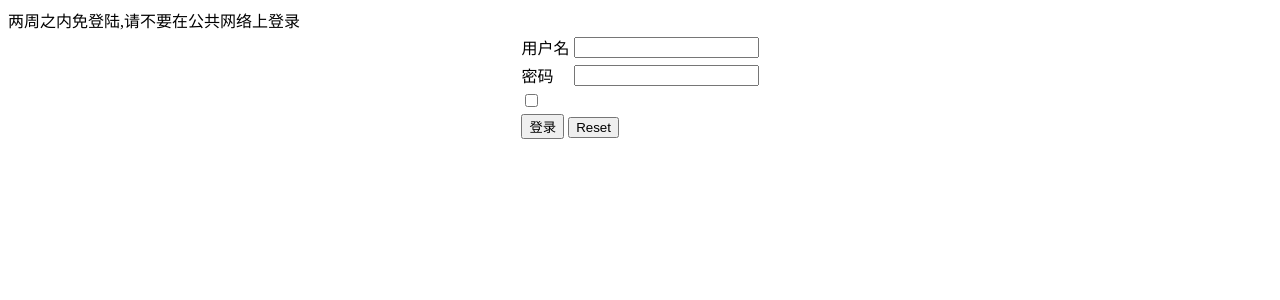
Repository: liujianbo2017/zuoye
Page: http://localhost/day40demo/demo02/login.jsp
These files come from the project's save history. The page is drawn as it stood at one moment and after the next save; the edit follows.
The browser window is 1280 px wide. The pictures show the whole page.
The page is served by Tomcat 9. Other server files are loaded and not shown.

Above is the page before, as saved 2017-10-10 11:06:30.

### day40demo/WebContent/demo02/login.jsp
<%@ page language="java" contentType="text/html; charset=UTF-8"
    pageEncoding="UTF-8"%>
<!DOCTYPE html PUBLIC "-//W3C//DTD HTML 4.01 Transitional//EN" "http://www.w3.org/TR/html4/loose.dtd">
<html>
<head>
<meta http-equiv="Content-Type" content="text/html; charset=UTF-8">
<title>Insert title here</title>
</head>
<body>
	<form action="${pageContext.request.contextPath }/login.servlet" method="post">
		<table align="center">
			<tr>
				<td>用户名</td>
				<td><input type="text" name="username"/></td>
			</tr>
			<tr>
				<td>密码</td>
				<td><input type="password" name="password"/></td>
			</tr>
			<tr>
				<td><input type="checkbox" value="t" id="al"/></td>
				<label for="al">两周之内免登陆,请不要在公共网络上登录</label>
			</tr>
			<tr>
				<td colspan="2">
					<input type="submit" value="登录"/>
					<input type="reset"/>
				</td>
			</tr>
		</table>
	</form>
</body>
</html>

After the next save:
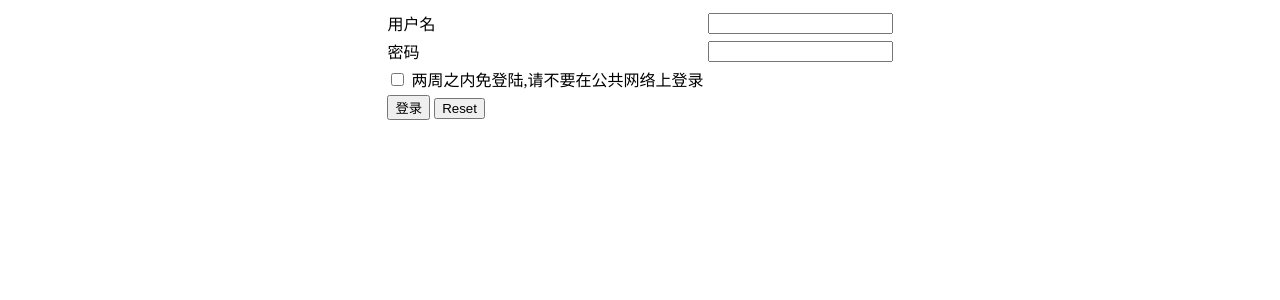
Saved 8 min 58 s later.
--- a/day40demo/WebContent/demo02/login.jsp
+++ b/day40demo/WebContent/demo02/login.jsp
@@ -18,8 +18,10 @@
 				<td><input type="password" name="password"/></td>
 			</tr>
 			<tr>
-				<td><input type="checkbox" value="t" id="al"/></td>
-				<label for="al">两周之内免登陆,请不要在公共网络上登录</label>
+				<td>
+					<input type="checkbox" value="t" id="al"/>
+					<label for="al">两周之内免登陆,请不要在公共网络上登录</label>
+				</td>
 			</tr>
 			<tr>
 				<td colspan="2">
